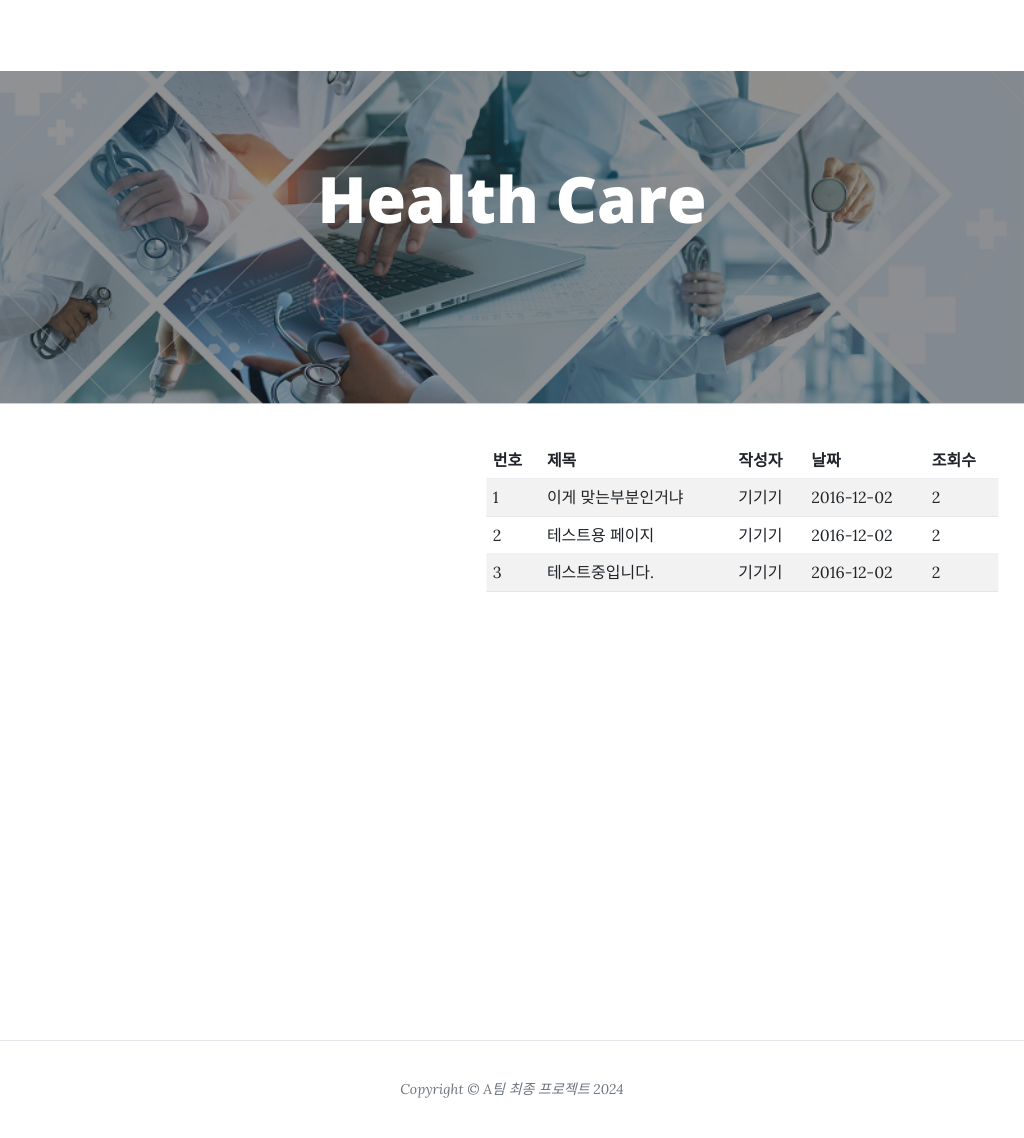
Repository: honsb91/project
Page: http://localhost/hospital/announcement/announcement.jsp
An editor plug-in stored every save of this project. The page is shown before and after the next save, followed by the edit.
The browser window is 1280 px wide. The pictures show the whole page, at 80% of full size.
Some web libraries are served in a nearby version. The page is served by Tomcat 9. Nobody is signed in. The application's start-up code is not run. Other server files are loaded and not shown.

Above is the page before, as saved 2024-01-31 01:08:31.

### hospital/src/main/webapp/announcement/announcement.jsp
<%@ page language="java" contentType="text/html; charset=UTF-8"
    pageEncoding="UTF-8"%>
<!DOCTYPE html>
<html>
<head>
<meta charset="UTF-8">
<title>공지사항</title>
</head>
<%@ include file="/include/header.jsp"%>
<body>
	<table class="table table-striped">
		<thead>
			<tr>
				<th>번호</th>
				<th>제목</th>
				<th>작성자</th>
				<th>날짜</th>
				<th>조회수</th>
			</tr>
		</thead>
		<tbody>
			<tr>
				<td>1</td>
				<td>이게 맞는부분인거냐</td>
				<td>기기기</td>
				<td>2016-12-02</td>
				<td>2</td>
			</tr>
			<tr>
				<td>2</td>
				<td>테스트용 페이지</td>
				<td>기기기</td>
				<td>2016-12-02</td>
				<td>2</td>
			</tr>
			<tr>
				<td>3</td>
				<td>테스트중입니다.</td>
				<td>기기기</td>
				<td>2016-12-02</td>
				<td>2</td>
			</tr>
		</tbody>
	</table>
</body>
<%@ include file="/include/footer.jsp"%>
</html>

### hospital/src/main/webapp/include/header.jsp
<%@ page language="java" contentType="text/html; charset=UTF-8"
    pageEncoding="UTF-8"%><head>
<%@ taglib prefix="c" uri="http://java.sun.com/jsp/jstl/core"%>
<meta charset="UTF-8">
<title>Insert title here</title>
<head>
<meta charset="utf-8" />
<meta name="viewport"
	content="width=device-width, initial-scale=1, shrink-to-fit=no" />
<meta name="description" content="" />
<meta name="author" content="" />
<link rel="icon" type="image/x-icon" href="/resources/assets/favicon.ico" />
<!-- Font Awesome icons (free version)-->
<script src="https://use.fontawesome.com/releases/v6.3.0/js/all.js"
	crossorigin="anonymous"></script>
<!-- Google fonts-->
<link
	href="https://fonts.googleapis.com/css?family=Lora:400,700,400italic,700italic"
	rel="stylesheet" type="text/css" />
<link
	href="https://fonts.googleapis.com/css?family=Open+Sans:300italic,400italic,600italic,700italic,800italic,400,300,600,700,800"
	rel="stylesheet" type="text/css" />
<!-- Core theme CSS (includes Bootstrap)-->
<link href="/resources/css/styles.css" rel="stylesheet" />
</head>
<body>
	<!-- Navigation-->
	<nav class="navbar navbar-expand-lg navbar-light" id="mainNav">
		<div class="container px-4 px-lg-5">
			<a class="navbar-brand" href="index.html">Health Care</a>
			<button class="navbar-toggler" type="button"
				data-bs-toggle="collapse" data-bs-target="#navbarResponsive"
				aria-controls="navbarResponsive" aria-expanded="false"
				aria-label="Toggle navigation">
				Menu <i class="fas fa-bars"></i>
			</button>
			<div class="collapse navbar-collapse" id="navbarResponsive">
				<ul class="navbar-nav ms-auto py-4 py-lg-0 ">
					<li class="nav-item"><a class="nav-link px-lg-3 py-3 py-lg-4" href="/main">Home</a></li>
					<li class="nav-item"><a class="nav-link px-lg-3 py-3 py-lg-4" href="about.html">공지사항</a></li>
					<li class="nav-item"><a class="nav-link px-lg-3 py-3 py-lg-4" href="post.html">자주묻는질문</a></li>
					<li class="nav-item"><a class="nav-link px-lg-3 py-3 py-lg-4" href="post.html">커뮤니티</a></li>
					<li class="nav-item"><a class="nav-link px-lg-3 py-3 py-lg-4" href="/member/login.jsp">로그인</a></li>
					<li class="nav-item"><a class="nav-link px-lg-3 py-3 py-lg-4" href="/member/join.jsp">회원가입</a></li>
				</ul>
			</div>
		</div>
	</nav>
	<!-- Page Header-->
	<header class="masthead" style="background-image: url('/resources/assets/img/test4.png')">
		<div class="container position-relative px-4 px-lg-5">
			<div class="row gx-4 gx-lg-5 justify-content-center">
				<div class="col-md-10 col-lg-8 col-xl-7">
					<div class="site-heading">
						<h1>Health Care</h1>
					</div>
				</div>
			</div>
		</div>
	</header>

### hospital/src/main/webapp/include/footer.jsp
<%@ page language="java" contentType="text/html; charset=UTF-8"
    pageEncoding="UTF-8"%>
<!DOCTYPE html>
<html>
<head>
<meta charset="UTF-8">
<title>Insert title here</title>
</head>
<body>
<footer class="border-top">
		<div class="container px-4 px-lg-5">
			<div class="row gx-4 gx-lg-5 justify-content-center">
				<div class="col-md-10 col-lg-8 col-xl-7">
					<div class="small text-center text-muted fst-italic">Copyright
						&copy; A팀 최종 프로젝트 2024</div>
				</div>
			</div>
		</div>
	</footer>
	<!-- Bootstrap core JS-->
	<script
		src="https://cdn.jsdelivr.net/npm/bootstrap@5.2.3/dist/js/bootstrap.bundle.min.js"></script>
	<!-- Core theme JS-->
	<script src="js/scripts.js"></script>
</body>
</html>

### hospital/src/main/webapp/resources/js/scripts.js
/*!
* Start Bootstrap - Clean Blog v6.0.9 (https://startbootstrap.com/theme/clean-blog)
* Copyright 2013-2023 Start Bootstrap
* Licensed under MIT (https://github.com/StartBootstrap/startbootstrap-clean-blog/blob/master/LICENSE)
*/
window.addEventListener('DOMContentLoaded', () => {
    let scrollPos = 0;
    const mainNav = document.getElementById('mainNav');
    const headerHeight = mainNav.clientHeight;
    window.addEventListener('scroll', function() {
        const currentTop = document.body.getBoundingClientRect().top * -1;
        if ( currentTop < scrollPos) {
            // Scrolling Up
            if (currentTop > 0 && mainNav.classList.contains('is-fixed')) {
                mainNav.classList.add('is-visible');
            } else {
                console.log(123);
                mainNav.classList.remove('is-visible', 'is-fixed');
            }
        } else {
            // Scrolling Down
            mainNav.classList.remove(['is-visible']);
            if (currentTop > headerHeight && !mainNav.classList.contains('is-fixed')) {
                mainNav.classList.add('is-fixed');
            }
        }
        scrollPos = currentTop;
    });
})

Loaded but not shown: hospital/src/main/webapp/resources/css/styles.css (library)

After the next save:
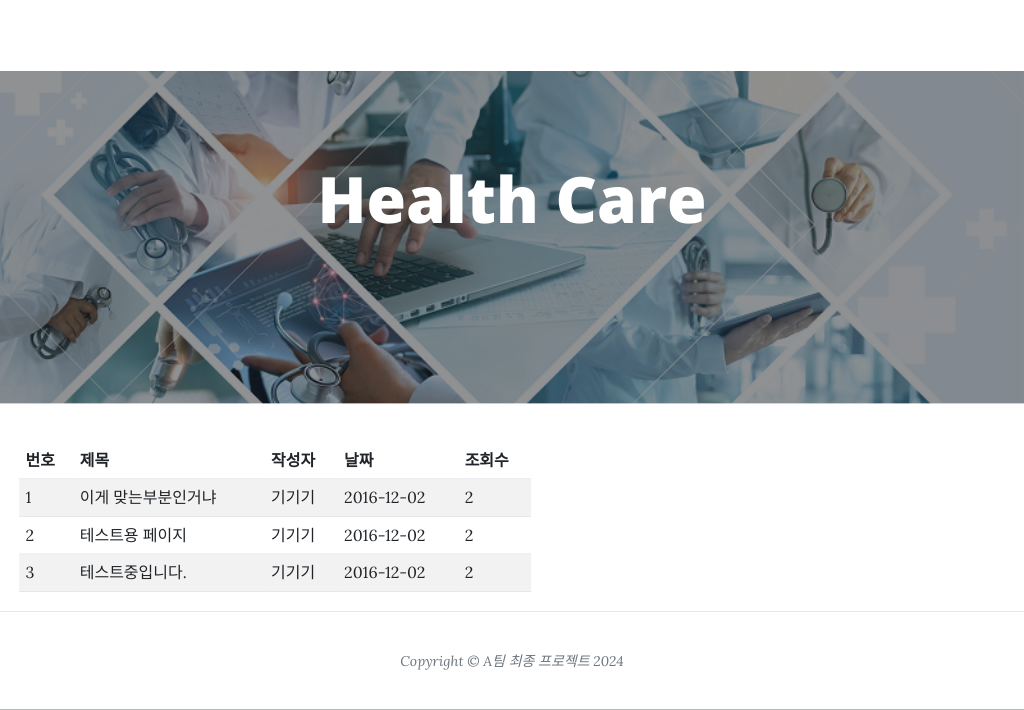
Saved 14 min 21 s later.
--- a/hospital/src/main/webapp/announcement/announcement.jsp
+++ b/hospital/src/main/webapp/announcement/announcement.jsp
@@ -8,7 +8,7 @@
 </head>
 <%@ include file="/include/header.jsp"%>
 <body>
-	<table class="table table-striped">
+	<table class="table table-striped m-4">
 		<thead>
 			<tr>
 				<th>번호</th>

After the 2 saves that followed:
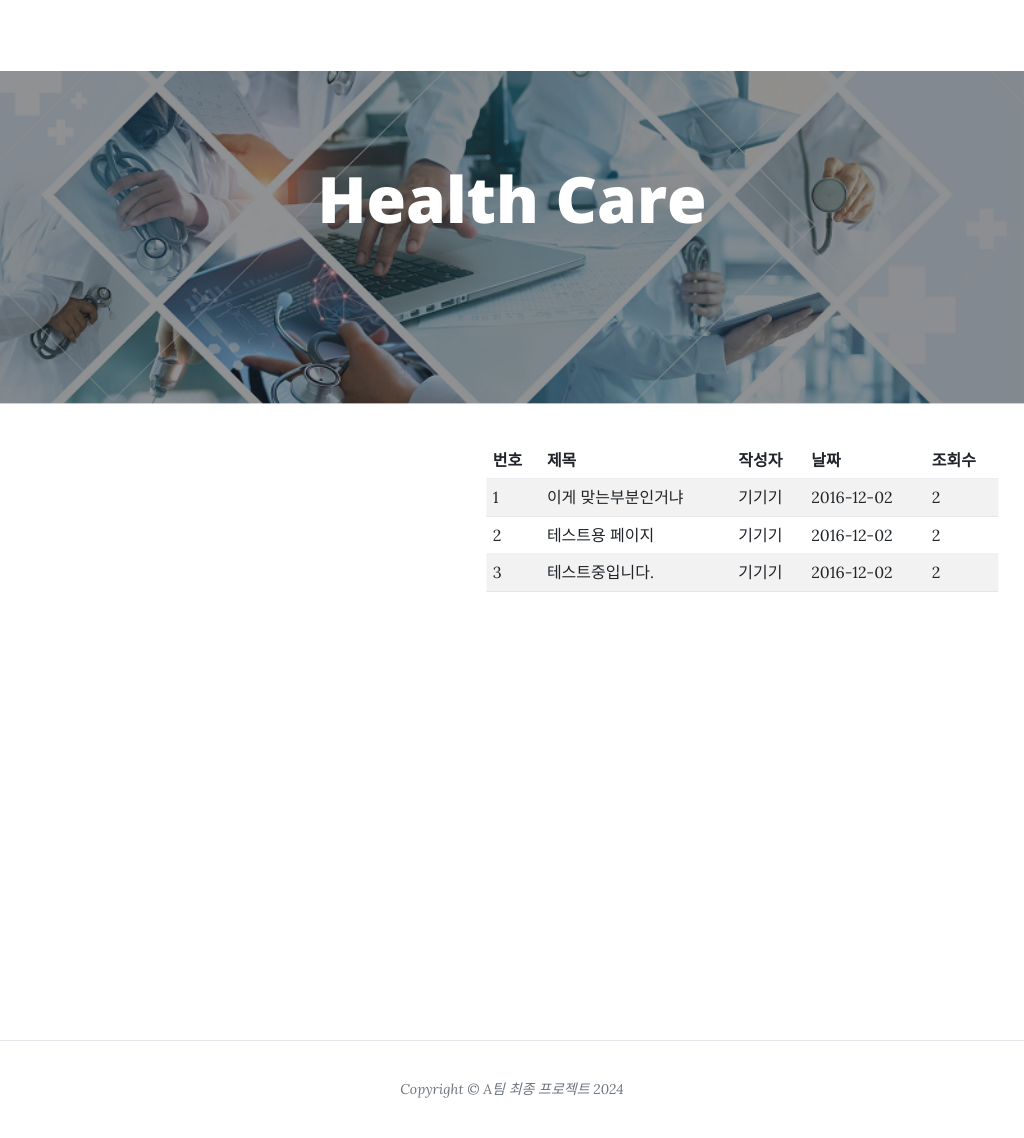
The 2 saves are shown as one change because 1 left the picture as it was.
The last was saved 31 s later.
--- a/hospital/src/main/webapp/announcement/announcement.jsp
+++ b/hospital/src/main/webapp/announcement/announcement.jsp
@@ -8,7 +8,7 @@
 </head>
 <%@ include file="/include/header.jsp"%>
 <body>
-	<table class="table table-striped m-4">
+	<table class="table table-striped">
 		<thead>
 			<tr>
 				<th>번호</th>
